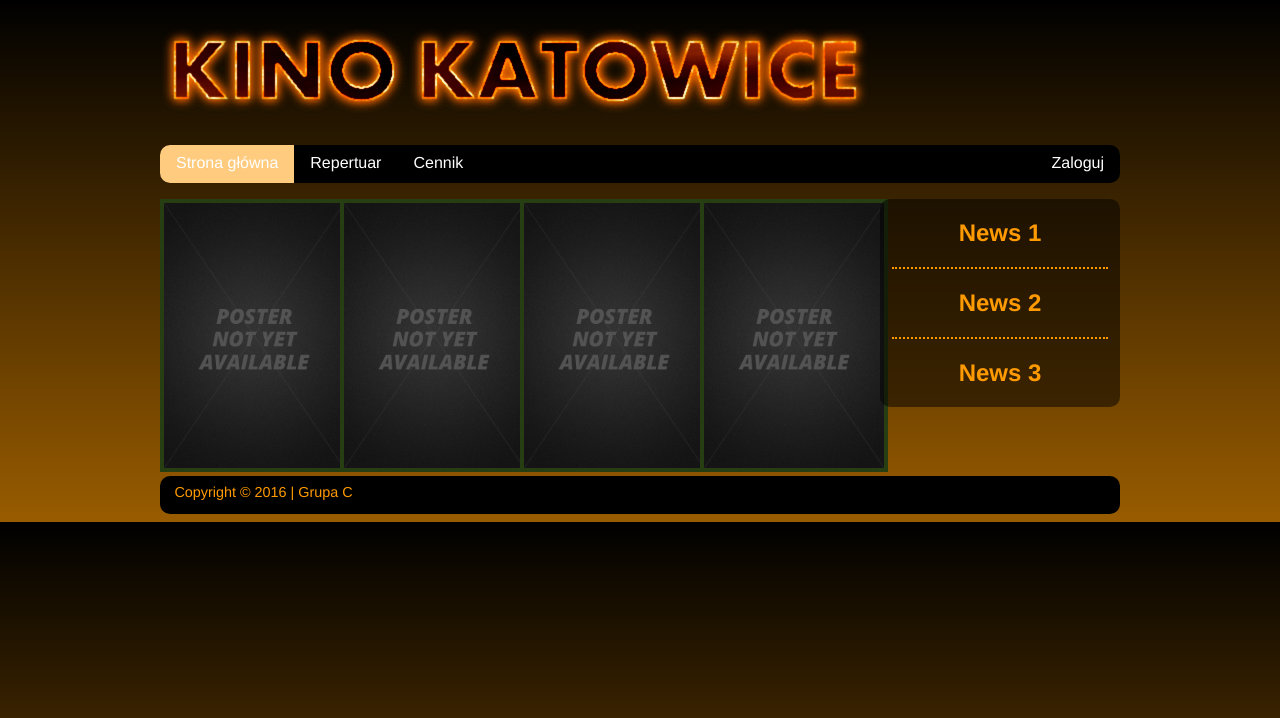
Repository: Gate4/Grupa-C
Page: http://localhost/KinoWebApp/WEB-INF/jsp/welcome.jsp
These files come from the project's save history. The page is drawn as it stood at one moment and after the next save; the edit follows.
The browser window is 1280 px wide. The pictures show the whole page.
Some web libraries are served in a nearby version. The page is served by Tomcat 9. Nobody is signed in. Other server files are loaded and not shown. The template is opened directly, without the code that normally fills it, so the values that code supplies are empty.

Above is the page before, as saved 2016-04-21 21:27:08.

### KinoWebApp/WebContent/WEB-INF/jsp/welcome.jsp
<%@page pageEncoding="UTF-8" contentType="text/html; charset=UTF-8"%>
<%@ taglib prefix="spring" uri="http://www.springframework.org/tags"%>
<!DOCTYPE html>
<html>
<head>


<spring:url value="/resources/style.css" var="styleCSS" />
<link href="${styleCSS}" rel="stylesheet" />
<script src="https://ajax.googleapis.com/ajax/libs/jquery/2.1.3/jquery.min.js"></script>
<link href="${styleCSS}" rel="stylesheet" />
<title>Kino</title>
</head>

<body>
<div id="page">
	<header>
		<h1 id="logo">
			<img src="img/logo.png" alt="Najlepsze kino ever">
		</h1>

		<nav class="clear">
			<ul>
				<li><a class="active" href='#'>Strona główna</a></li>
				<li><a href='#'>Repertuar</a></li>
				<li><a href='#'>Cennik</a></li>
				<li><a href='#'>Zaloguj</a></li>
			</ul>
		</nav>
	</header>

	<div id="content" role="main">
		<section class="primary">
			<section class="tile">
				<a href='#'><img src="resources/img/poster4.jpg" alt="Tytuł filmu 1"></a>
			</section>
			<section class="tile">
				<a href='#'><img src="resources/img/poster4.jpg" alt="Tytuł filmu 2"></a>
			</section>
			<section class="tile">
				<a href='#'><img src="resources/img/poster4.jpg" alt="Tytuł filmu 3"></a>
			</section>
			<section class="tile">
				<a href='#'><img src="resources/img/poster4.jpg" alt="Tytuł filmu 4"></a>
			</section>

		</section>

		<aside class="secondary">
			<section>
				<h2>News 1</h2>
				<p>${message}</p>
			</section>
			<hr>
			<section>
				<h2>News 2</h2>
				<p>${message}</p>
			</section>
			<hr>
			<section>
				<h2>News 3</h2>
				<p>${message}</p>
			</section>
		</aside>
	</div>

	<footer class="clear">
		<section class="footer">
			<p>Copyright © 2016 | Grupa C</p>
		</section>
	</footer>
</div>

</body>

</html>

### KinoWebApp/WebContent/resources/style.css
body{
	background: #000000;
	background: linear-gradient(#000000, #995c00);
	color: #FF9A00;
	font-family: Helvetica, Verdana, sans;
}

#page{
	width: 960px;
	margin: 0 auto;
}

#logo, .primary, .tile{
	float: left;
}

#contact, .secondary{
	float: right;
}

.clear{
	clear: both;
}

.primary{
	width: 720px;
}

.secondary{
	border-radius: 10px;
	background-color: #000000;
	background-color: rgba(0,0,0,0.5);
	width: 240px;
}

.secondary p{
	margin-left: 1em;
	text-align: left;
	color: #FFCC7F;
}

.secondary h2{
	text-align: center;
}

.secondary hr{
	border: none;
	border-top: 2px dotted #FF9A00;
	width: 90%;
}

nav ul{
	border-radius: 10px;
	background-color: #000000;
	min-height: 2.4em;
	list-style: none;
	padding: 0;
}

nav ul li{
	display: inline;
	padding: 5px 1em;
}

nav ul li a{
	display: block;
	float: left;
	height: 1.2em;
	padding: 0.6em 1em;
	margin: 0;
	color: #fff;
	text-decoration: none;
}

nav ul li a:hover, a.active{
	background: #FFCC7F;
}

nav ul li:last-child{
	float: right;
	padding: 0;
}

nav ul li:first-child a:hover, nav ul li:first-child a.active{
	border-radius: 10px 0 0 10px;
}

nav ul li:last-child a:hover, nav ul li:last-child a.active{
	border-radius: 0 10px 10px 0;
}


.hidden{
	display: none;
}

.tile{
	width: 25%;
}

.tile img{
	border-style: solid;
    border-width: 4px;
    border-color: #273e12;
	width: 100%;
}

.tile img:hover{
	border-style: solid;
    border-width: 4px;
    border-color: #ffb13b;
	width: 100%;
}

.footer{
	border-radius: 10px;
	background-color: #000000;
	min-height: 2.4em;
	padding: 0 0px 0 0;
}

.footer p{
	font-size: 0.9em;
	padding: 0.6em 1em;
}

After the next save:
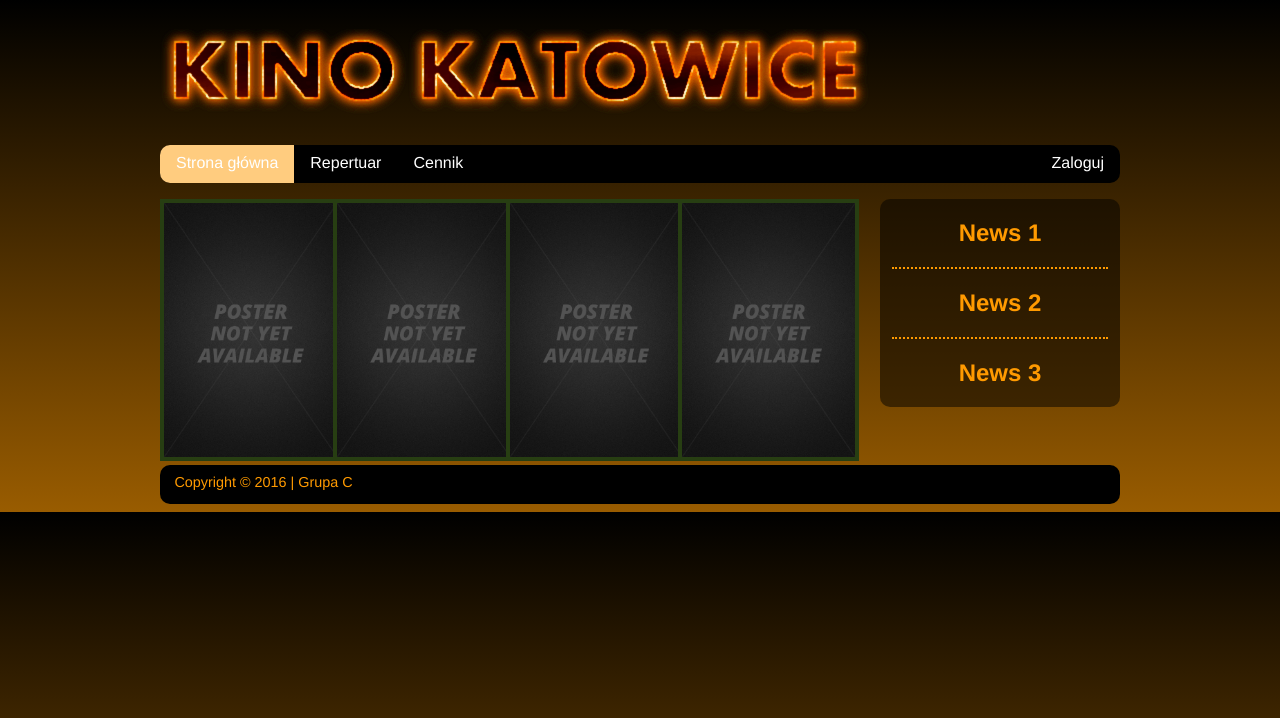
Saved 8 s later.
--- a/KinoWebApp/WebContent/resources/style.css
+++ b/KinoWebApp/WebContent/resources/style.css
@@ -95,7 +95,7 @@ nav ul li:last-child a:hover, nav ul li:last-child a.active{
 }
 
 .tile{
-	width: 25%;
+	width: 24%;
 }
 
 .tile img{
